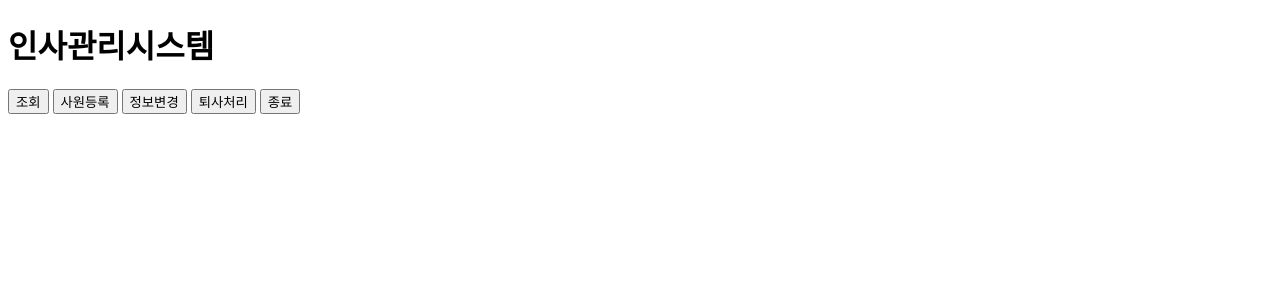
Repository: alsdud0301/jsp_study
Page: http://localhost/practice1/
These files come from the project's save history. The page is drawn as it stood at one moment and after the next save; the edit follows.
The browser window is 1280 px wide. The pictures show the whole page.
The page is served by Tomcat 9. Other server files are loaded and not shown.

Above is the page before, as saved 2025-05-21 08:58:36.

### practice1/src/main/webapp/index.jsp
<%@ page language="java" contentType="text/html; charset=UTF-8"
    pageEncoding="UTF-8"%>
<!DOCTYPE html>
<html>
<head>
<meta charset="UTF-8">
<title>Insert title here</title>
</head>
<body>
	<h1>인사관리시스템</h1>
	<button class="" onclick='location.href="./check"'>조회</button>
	<button class="" onclick='location.href="./reg"'>사원등록</button>
	<button class="" onclick='location.href="./update.jsp"'>정보변경</button>
	<button class="" onclick='location.href="./resign.jsp"'>퇴사처리</button>
	<button class="">종료</button>
</body>
</html>

After the next save:
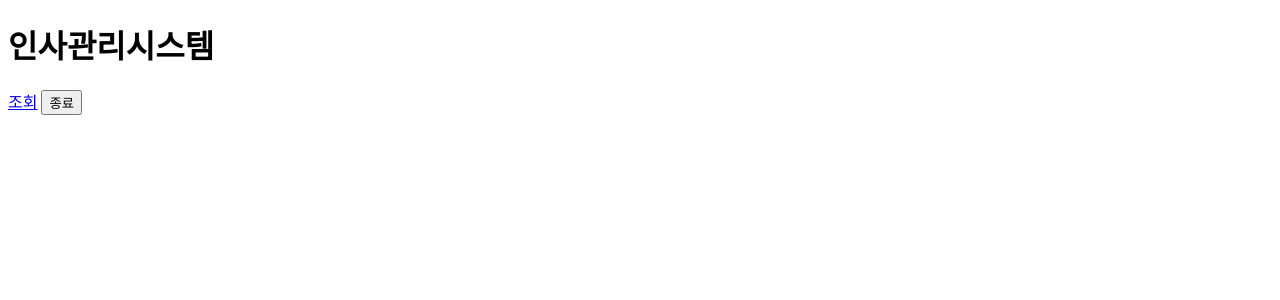
Saved 3 min 1 s later.
--- a/practice1/src/main/webapp/index.jsp
+++ b/practice1/src/main/webapp/index.jsp
@@ -8,10 +8,11 @@
 </head>
 <body>
 	<h1>인사관리시스템</h1>
-	<button class="" onclick='location.href="./check"'>조회</button>
+	<!-- <button class="" onclick='location.href="./check"'>조회</button>
 	<button class="" onclick='location.href="./reg"'>사원등록</button>
 	<button class="" onclick='location.href="./update.jsp"'>정보변경</button>
-	<button class="" onclick='location.href="./resign.jsp"'>퇴사처리</button>
+	<button class="" onclick='location.href="./resign.jsp"'>퇴사처리</button> -->
+	<a href="./check">조회</a>
 	<button class="">종료</button>
 </body>
 </html>
